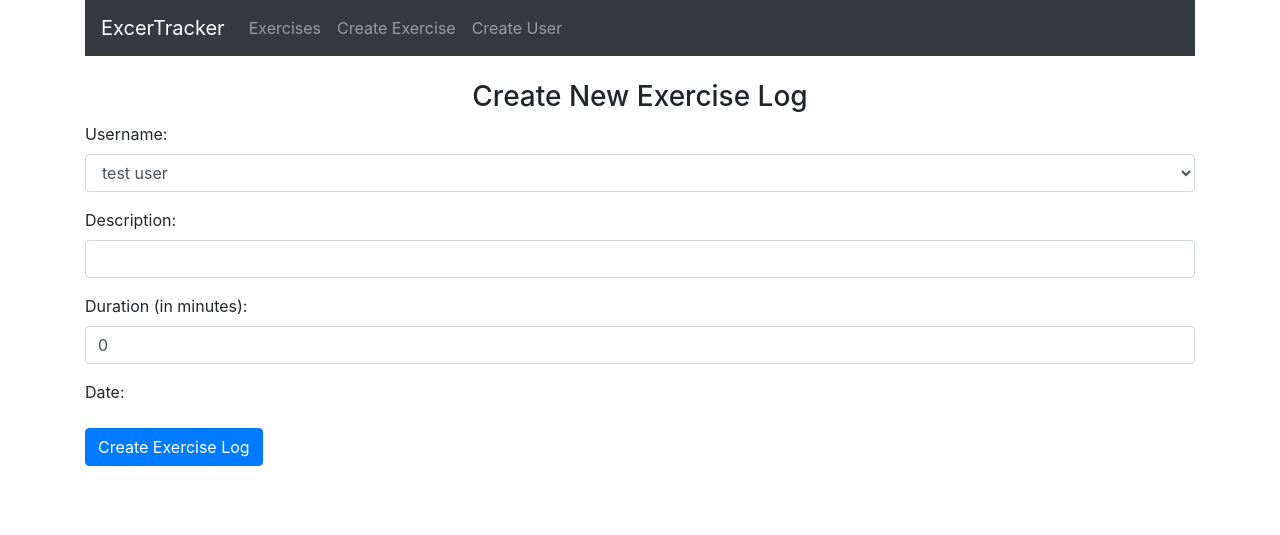
Repository: AnkurDevv/mern-exercise-app
Page: /create
An editor plug-in stored every save of this project. The page is shown before and after a run of saves, followed by the edit.
The browser window is 1280 px wide. The pictures show the whole page.
The project was rebuilt for these pictures with package versions that can differ from the ones it lists, and the page was loaded fresh each time. Also part of the build but not shown: src/components/exercise-list.component.js, src/components/edit-exercises.component.js, src/components/create-user.component.js.

Above is the page before, as saved 2019-11-13 21:12:31.

### public/index.html
<!DOCTYPE html>
<html lang="en">

<head>
  <meta charset="utf-8" />
  <link rel="shortcut icon" href="%PUBLIC_URL%/favicon.ico" />
  <meta name="viewport" content="width=device-width, initial-scale=1" />
  <meta name="theme-color" content="#000000" />

  <link rel="manifest" href="%PUBLIC_URL%/manifest.json" />

  <title>Exercise Tracker </title>
</head>

<body>
  <noscript>You need to enable JavaScript to run this app.</noscript>
  <!-- This is where our react app is going to load -->
  <div id="root"></div>

</body>

</html>

### src/index.js
import React from 'react';
import ReactDOM from 'react-dom';
import App from './App';


// Main thing that renders our app
ReactDOM.render(<App />, document.getElementById('root'));

### src/App.js
import React from 'react';
// import logo from './logo.svg';
// importing the route
import { BrowserRouter as Router, Route } from "react-router-dom";
import "bootstrap/dist/css/bootstrap.min.css";

// NOTICE : must import the components before you can use them
import Navbar from "./components/navbar.component.js";
import ExcerciseList from "./components/exercise-list.component";
import EditExcercise from "./components/edit-exercises.component";
import CreateExcercise from "./components/create-exercise.component";
import CreateUser from "./components/create-user.component";

function App() {
  return (
    <div className="container">
      <Router>
        <Navbar />
        <br />
        <Route path="/" exact component={ExcerciseList} />
        {/* ":id" means bound to change */}
        <Route path="/edit/:id" exact component={EditExcercise} />
        <Route path="/create" exact component={CreateExcercise} />
        <Route path="/user" exact component={CreateUser} />
      </Router>
    </div>
  );
}

export default App;

### src/components/navbar.component.js
// you would have to do this for every react component you create
import React, { Component } from 'react';
// Using React Router using link allows us to link to different routes
import { Link } from 'react-router-dom';

// CLASS EXTENDS THE COMPONENT OBJ.
export default class Navbar extends Component {

  render() {
    return (
      // Instead of CLASS we have CLASSNAME
      <nav className="navbar navbar-dark bg-dark navbar-expand-lg">
        {/* NOTE USING <Link> TAG INSTEAD OF <a> TAG HERE
            "To" instead of href
            "ClassName" instead of "Class"
        */}
        <Link to="/" className="navbar-brand">ExcerTracker</Link>
        <div className="collpase navbar-collapse">
          <ul className="navbar-nav mr-auto">
            <li className="navbar-item">
              <Link to="/" className="nav-link">Exercises</Link>
            </li>
            <li className="navbar-item">
              <Link to="/create" className="nav-link">Create Exercise</Link>
            </li>
            <li className="navbar-item">
              <Link to="/user" className="nav-link">Create User</Link>
            </li>
          </ul>
        </div>
      </nav>
    );
  }
}

### src/components/create-exercise.component.js
import React, { Component } from 'react';
// Once install import react datepicker
import Datepicker from 'react-datepicker';
// Importing the styling for the datepicker
import "react-datepicker/dist/react-datepicker.css";

export default class CreateExercise extends Component {

  // STEP 1 in creating a component: Add a constructor
  constructor(props) {
    // In JS you need to always start by calling super() when working with a sub-class
    super(props);

    // Making sure that all the this inside methods are refereing to class.
    this.onChangeUsername = this.onChangeUsername.bind(this);
    this.onChangeDescription = this.onChangeDescription.bind(this);
    this.onChangeDuration = this.onChangeDuration.bind(this);
    this.onChangeDate = this.onChangeDate.bind(this);
    this.onSubmit = this.onSubmit.bind(this);

    // all the variables that you want to create/use in class goes here
    this.state = {
      username: '',
      description: '',
      duration: 0,
      date: new Date(),
      users: []
    }

  }

  // A react lifecycle method
  //This one is called right before the component is displayed
  componentDidMount() {
    this.setState({
      users: ['test user'],
      username: 'test user'
    })
  }

  onChangeUsername(e) {
    this.setState({
      username: e.target.value
    });
  }


  onChangeDescription(e) {
    this.setState({
      description: e.target.value
    });
  }


  onChangeDuration(e) {
    this.setState({
      duration: e.target.value
    });
  }


  onChangeDate(e) {
    this.setState({
      date: Date
    });
  }

  onSubmit(e) {
    // stop the default HTML form submission behaviour
    e.preventDefault();

    const exercise = {
      username: this.state.username,
      description: this.state.description,
      duration: this.state.duration,
      date: this.state.date
    }

    console.log(exercise);
    // TAKE THE USER BACK TO THE HOME-PAGE
    window.location = '/';
  }

  render() {
    return (
      <div>
        <h3 className="text-center">Create New Exercise Log</h3>
        <form onSubmit={this.onSubmit}>
          <div className="form-group">
            <label>Username: </label>
            <select ref="userInput"
              required
              className="form-control"
              value={this.state.username}
              onChange={this.onChangeUsername}>
              {
                // this.state.users => array of users that will come from our mongoDb database
                // function (user) => for each user in users
                // rtn an option based on
                // key which is a user
                // value which is a user > user(the actual text)
                this.state.users.map(function (user) {
                  return <option
                    key={user}
                    value={user}>{user}
                  </option>;
                })
              }
            </select>
          </div>
          <div className="form-group">
            <label>Description: </label>
            <input type="text"
              required
              className="form-control"
              value={this.state.description}
              // Make sure you call the onChange method to be called anytime this is changed
              onChange={this.onChangeDescription}
            />
          </div>
          <div className="form-group">
            <label>Duration (in minutes): </label>
            <input
              type="text"
              className="form-control"
              value={this.state.duration}
              onChange={this.onChangeDuration}
            />
          </div>
          <div className="form-group">
            <label>Date: </label>
            {/* <div>
              <DatePicker
                selected={this.state.date}
                onChange={this.onChangeDate}
              />
            </div> */}
          </div>

          <div className="form-group">
            <input type="submit" value="Create Exercise Log" className="btn btn-primary" />
          </div>
        </form>
      </div>
    )
  }
}

After the next 2 saves:
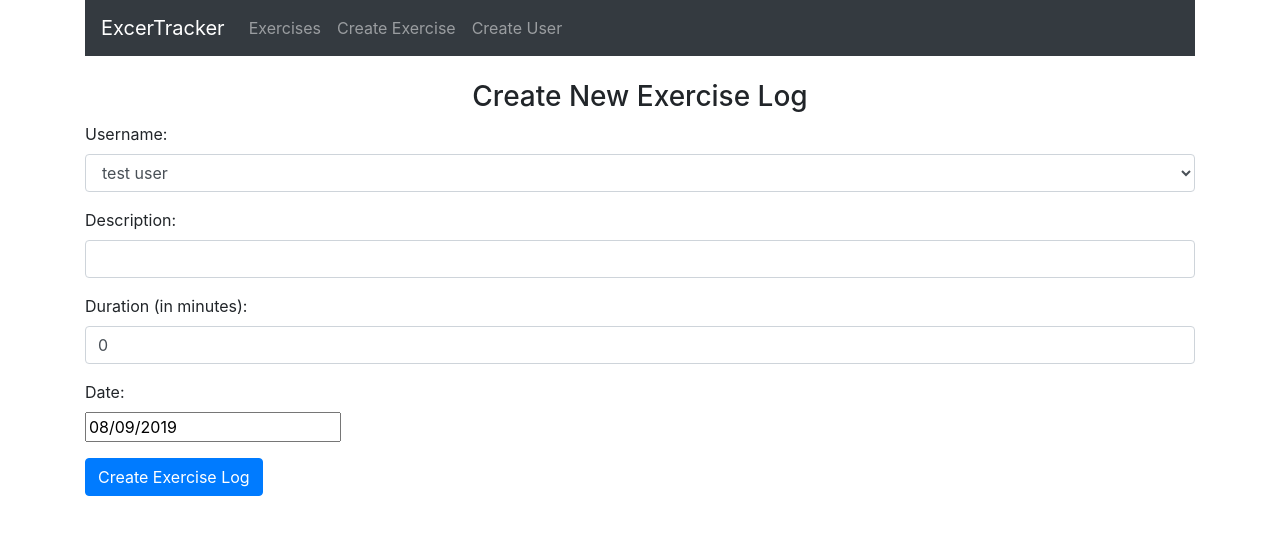
The 2 saves are shown as one change because 1 did not build or start.
The last was saved 50 s later.
--- a/src/components/create-exercise.component.js
+++ b/src/components/create-exercise.component.js
@@ -129,12 +129,12 @@ export default class CreateExercise extends Component {
           </div>
           <div className="form-group">
             <label>Date: </label>
-            {/* <div>
-              <DatePicker
+            <div>
+              <Datepicker
                 selected={this.state.date}
                 onChange={this.onChangeDate}
               />
-            </div> */}
+            </div>
           </div>
 
           <div className="form-group">
